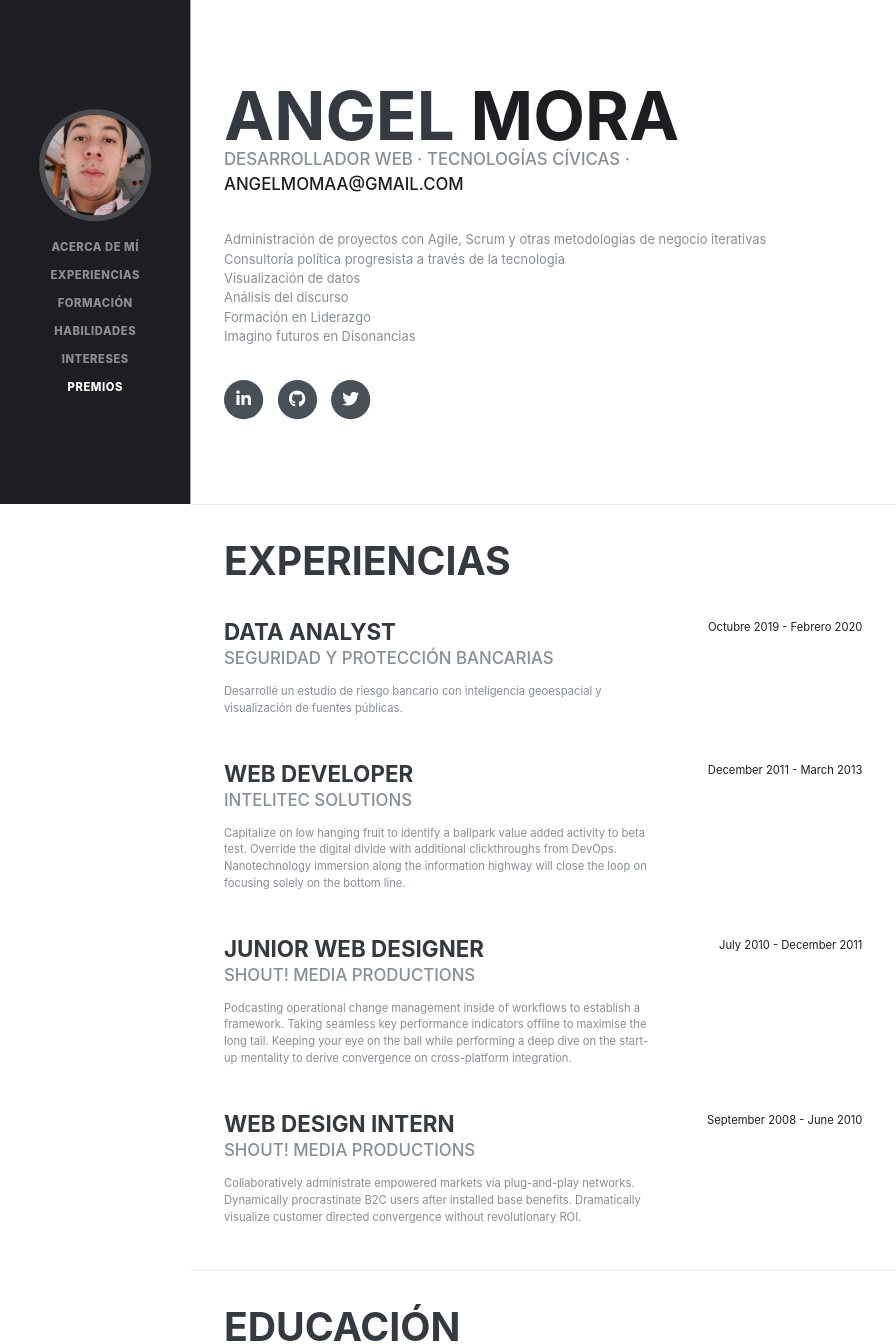
Repository: angel-mora/about-me
Page: index.html
These files come from the project's save history. The page is drawn as it stood at one moment and after the next save; the edit follows.
The browser window is 1280 px wide. The pictures show the part of the page from y = 0 to 1920 px (the page is 4779 px tall), at 70% of full size.
Some web fonts or font styles are not loaded; a fallback is used.

Above is the page before, as saved 2020-06-29 11:48:48.

### index.html
<!DOCTYPE html>
<html lang="es">

<head>

    <meta charset="utf-8">
    <meta name="viewport" content="width=device-width, initial-scale=1, shrink-to-fit=no">
    <meta name="description" content="">
    <meta name="author" content="">

    <title>Angel Moma</title>

    <!-- Bootstrap core CSS -->
    <link href="vendor/bootstrap/css/bootstrap.min.css" rel="stylesheet">

    <!-- Custom fonts for this template -->
    <link href="https://fonts.googleapis.com/css?family=Saira+Extra+Condensed:500,700" rel="stylesheet">
    <link href="https://fonts.googleapis.com/css?family=Muli:400,400i,800,800i" rel="stylesheet">
    <link href="vendor/fontawesome-free/css/all.min.css" rel="stylesheet">

    <!-- Custom styles for this template -->
    <link href="css/resume.min.css" rel="stylesheet">

</head>

<body id="page-top">

    <nav class="navbar navbar-expand-lg navbar-dark bg-primary fixed-top" id="sideNav">
        <a class="navbar-brand js-scroll-trigger" href="#page-top">
            <span class="d-block d-lg-none">¡CONÓCEME!</span>
            <span class="d-none d-lg-block">
                <img class="img-fluid img-profile rounded-circle mx-auto mb-2" src="img/profile.jfif" alt="">
            </span>
        </a>
        <button class="navbar-toggler" type="button" data-toggle="collapse" data-target="#navbarSupportedContent" aria-controls="navbarSupportedContent" aria-expanded="false" aria-label="Toggle navigation">
            <span class="navbar-toggler-icon"></span>
        </button>
        <div class="collapse navbar-collapse" id="navbarSupportedContent">
            <ul class="navbar-nav">
                <li class="nav-item">
                    <a class="nav-link js-scroll-trigger" href="#about">Acerca de mí</a>
                </li>
                <li class="nav-item">
                    <a class="nav-link js-scroll-trigger" href="#experience">Experiencias</a>
                </li>
                <li class="nav-item">
                    <a class="nav-link js-scroll-trigger" href="#education">Formación</a>
                </li>
                <li class="nav-item">
                    <a class="nav-link js-scroll-trigger" href="#skills">Habilidades</a>
                </li>
                <li class="nav-item">
                    <a class="nav-link js-scroll-trigger" href="#interests">Intereses</a>
                </li>
                <li class="nav-item">
                    <a class="nav-link js-scroll-trigger" href="#awards">Premios</a>
                </li>
            </ul>
        </div>
    </nav>

    <div class="container-fluid p-0">

        <section class="resume-section p-3 p-lg-5 d-flex align-items-center" id="about">
            <div class="w-100">
                <h1 class="mb-0">Angel
                    <span class="text-primary">Mora</span>
                </h1>
                <div class="subheading mb-5">Desarrollador Web · Tecnologías cívicas ·
                    <a href="mailto:angelmomaa@gmail.com">angelmomaa@gmail.com</a>
                </div>
                <p class="lead mb-5">Administración de proyectos con Agile, Scrum y otras metodologías de negocio iterativas
                    <br>Consultoría política progresista a través de la tecnología
                    <br>Visualización de datos
                    <br>Análisis del discurso
                    <br>Formación en Liderazgo
                    <br>Imagino futuros en Disonancias
                    <!-- añadir algo de coaching profesional y psicológico-->
                </p>
                <div class="social-icons">
                    <a href="https://www.linkedin.com/in/angelmoma/">
                        <i class="fab fa-linkedin-in"></i>
                    </a>
                    <a href="https://github.com/angel-mora">
                        <i class="fab fa-github"></i>
                    </a>
                    <a href="https://twitter.com/angelmoma_">
                        <i class="fab fa-twitter"></i>
                    </a>
                    <!--
                      <a href="#">
                        <i class="fab fa-facebook-f"></i>
                    </a>
                  -->
                </div>
            </div>
        </section>

        <hr class="m-0">

        <section class="resume-section p-3 p-lg-5 d-flex justify-content-center" id="experience">
            <div class="w-100">
                <h2 class="mb-5">Experiencias</h2>

                <div class="resume-item d-flex flex-column flex-md-row justify-content-between mb-5">
                    <div class="resume-content">
                        <h3 class="mb-0">Data Analyst</h3>
                        <div class="subheading mb-3">Seguridad y Protección Bancarias</div>
                        <p>Desarrollé un estudio de riesgo bancario con inteligencia geoespacial y visualización de fuentes públicas.
                        </p>
                    </div>
                    <div class="resume-date text-md-right">
                        <span class="text-primary">Octubre 2019 - Febrero 2020</span>
                    </div>
                </div>

                <div class="resume-item d-flex flex-column flex-md-row justify-content-between mb-5">
                    <div class="resume-content">
                        <h3 class="mb-0">Web Developer</h3>
                        <div class="subheading mb-3">Intelitec Solutions</div>
                        <p>Capitalize on low hanging fruit to identify a ballpark value added activity to beta test. Override the digital divide with additional clickthroughs from DevOps. Nanotechnology immersion along the information highway will close
                            the loop on focusing solely on the bottom line.</p>
                    </div>
                    <div class="resume-date text-md-right">
                        <span class="text-primary">December 2011 - March 2013</span>
                    </div>
                </div>

                <div class="resume-item d-flex flex-column flex-md-row justify-content-between mb-5">
                    <div class="resume-content">
                        <h3 class="mb-0">Junior Web Designer</h3>
                        <div class="subheading mb-3">Shout! Media Productions</div>
                        <p>Podcasting operational change management inside of workflows to establish a framework. Taking seamless key performance indicators offline to maximise the long tail. Keeping your eye on the ball while performing a deep dive on the
                            start-up mentality to derive convergence on cross-platform integration.</p>
                    </div>
                    <div class="resume-date text-md-right">
                        <span class="text-primary">July 2010 - December 2011</span>
                    </div>
                </div>

                <div class="resume-item d-flex flex-column flex-md-row justify-content-between">
                    <div class="resume-content">
                        <h3 class="mb-0">Web Design Intern</h3>
                        <div class="subheading mb-3">Shout! Media Productions</div>
                        <p>Collaboratively administrate empowered markets via plug-and-play networks. Dynamically procrastinate B2C users after installed base benefits. Dramatically visualize customer directed convergence without revolutionary ROI.</p>
                    </div>
                    <div class="resume-date text-md-right">
                        <span class="text-primary">September 2008 - June 2010</span>
                    </div>
                </div>

            </div>

        </section>

        <hr class="m-0">

        <section class="resume-section p-3 p-lg-5 d-flex align-items-center" id="education">
            <div class="w-100">
                <h2 class="mb-5">Educación</h2>

                <div class="resume-item d-flex flex-column flex-md-row justify-content-between mb-5">
                    <div class="resume-content">
                        <h3 class="mb-0">Microverse.org</h3>
                        <div class="subheading mb-3">Programa de Desarrollador Web <i>Full-stack</i></div>
                        <div>Curso remoto intensivo en inglés de 8 meses (alrededor de 1000 horas efectivas de programación) para perfil de diseñador y desarrollador de aplicaciones web.<br>Capacidad para desarrollar prototipos y gestionar Start-ups.</div>
                        <!-- <p>GPA: 3.23</p> -->
                    </div>
                    <div class="resume-date text-md-right">
                        <span class="text-primary">Febrero 2020</span>
                    </div>
                </div>

                <div class="resume-item d-flex flex-column flex-md-row justify-content-between mb-5">
                    <div class="resume-content">
                        <h3 class="mb-0">Fundación Friedrich Ebert</h3>
                        <div class="subheading mb-3">Programa de Liderazgos Progresistas</div>
                        <div>Curso remoto intensivo en inglés de 8 meses (alrededor de 1000 horas efectivas de programación) para perfil de diseñador y desarrollador de aplicaciones web.<br>Capacidad para desarrollar prototipos y gestionar Start-ups.
                        </div>
                        <!-- <p>GPA: 3.23</p> -->
                    </div>
                    <div class="resume-date text-md-right">
                        <span class="text-primary">Mayo - Diciembre 2018</span>
                    </div>
                </div>

                <div class="resume-item d-flex flex-column flex-md-row justify-content-between">
                    <div class="resume-content">
                        <h3 class="mb-0">Universidad Nacional Autónoma de México</h3>
                        <div class="subheading mb-3">Licenciatura en Filosofía</div>
                        <p>Promedio general: 9.68 / 10</p>
                    </div>
                    <div class="resume-date text-md-right">
                        <span class="text-primary">Enero 2014 - Mayo 2018</span>
                    </div>
                </div>

            </div>
        </section>

        <hr class="m-0">

        <section class="resume-section p-3 p-lg-5 d-flex align-items-center" id="skills">
            <div class="w-100">
                <h2 class="mb-5">Habilidades</h2>

                <div class="subheading mb-3">Lenguajes Web &amp; Librerías</div>
                <!-- add Leaflet, GIS, R Studio, Python -->
                <ul class="list-inline dev-icons">
                    <li class="list-inline-item">
                        <i class="fab fa-html5"></i>
                    </li>
                    <li class="list-inline-item">
                        <i class="fab fa-css3-alt"></i>
                    </li>
                    <li class="list-inline-item">
                        <i class="fab fa-js-square"></i>
                    </li>
                    <li class="list-inline-item">
                        <i class="fab fa-angular"></i>
                    </li>
                    <li class="list-inline-item">
                        <i class="fab fa-react"></i>
                    </li>
                    <li class="list-inline-item">
                        <i class="fab fa-node-js"></i>
                    </li>
                    <li class="list-inline-item">
                        <i class="fab fa-sass"></i>
                    </li>
                    <li class="list-inline-item">
                        <i class="fab fa-less"></i>
                    </li>
                    <li class="list-inline-item">
                        <i class="fab fa-wordpress"></i>
                    </li>
                    <li class="list-inline-item">
                        <i class="fab fa-gulp"></i>
                    </li>
                    <li class="list-inline-item">
                        <i class="fab fa-grunt"></i>
                    </li>
                    <li class="list-inline-item">
                        <i class="fab fa-npm"></i>
                    </li>
                </ul>

                <div class="subheading mb-3">Flujo de Trabajo</div>
                <ul class="fa-ul mb-0">
                    <li>
                        <i class="fa-li fa fa-check"></i> Diseño responsivo, <i>User Experience</i>, <i>Mobile-First</i>
                    </li>
                    <li>
                        <i class="fa-li fa fa-check"></i> Pruebas de compatibilidad entre navegadores &amp; depuración
                    </li>
                    <li>
                        <i class="fa-li fa fa-check"></i> Equipos multifuncionales</li>
                    <li>
                        <i class="fa-li fa fa-check"></i> Lean, Agile &amp; Scrum</li>
                    <li>
                        <i class="fa-li fa fa-check"></i> Decidim &amp; Sociocracia</li>
                </ul>
            </div>
        </section>

        <hr class="m-0">

        <section class="resume-section p-3 p-lg-5 d-flex align-items-center" id="interests">
            <div class="w-100">
                <h2 class="mb-5">Intereses</h2>
                <p>Aparte de ser un desarrollador web, disfruto la mayor parte de mi tiempo a Disonancias, un proyecto multimedia de tecnología y filosofía. Me gusta mucho compartir mi gusto por la comida y bebida con mis amistades. Soy amateur de calistenia.
                    Simpatizo con el Dzogchen.
                </p>
                <p class="mb-0">Me gusta el cine. Tengo dos proyectos cinematográficos que esperan una fase de desarrollo más acelerada (quizá en unos dos años). He escrito un par de publicaciones, además de mi tesis.
                </p>
            </div>
        </section>

        <hr class="m-0">

        <section class="resume-section p-3 p-lg-5 d-flex align-items-center" id="awards">
            <div class="w-100">
                <h2 class="mb-5">Premios &amp; Certificados</h2>
                <ul class="fa-ul mb-0">
                    <li>
                        <i class="fa-li fa fa-trophy text-warning"></i> Google Analytics Certified Developer</li>
                    <li>
                        <i class="fa-li fa fa-trophy text-warning"></i> Mobile Web Specialist - Google Certification
                    </li>
                    <li>
                        <i class="fa-li fa fa-trophy text-warning"></i> 1
                        <sup>st</sup> Place - University of Colorado Boulder - Emerging Tech Competition 2009</li>
                    <li>
                        <i class="fa-li fa fa-trophy text-warning"></i> 1
                        <sup>st</sup> Place - University of Colorado Boulder - Adobe Creative Jam 2008 (UI Design Category)
                    </li>
                    <li>
                        <i class="fa-li fa fa-trophy text-warning"></i> 2
                        <sup>nd</sup> Place - University of Colorado Boulder - Emerging Tech Competition 2008</li>
                    <li>
                        <i class="fa-li fa fa-trophy text-warning"></i> 1
                        <sup>st</sup> Place - James Buchanan High School - Hackathon 2006</li>
                    <li>
                        <i class="fa-li fa fa-trophy text-warning"></i> 3
                        <sup>rd</sup> Place - James Buchanan High School - Hackathon 2005</li>
                </ul>
            </div>
        </section>

    </div>

    <!-- Bootstrap core JavaScript -->
    <script src="vendor/jquery/jquery.min.js"></script>
    <script src="vendor/bootstrap/js/bootstrap.bundle.min.js"></script>

    <!-- Plugin JavaScript -->
    <script src="vendor/jquery-easing/jquery.easing.min.js"></script>

    <!-- Custom scripts for this template -->
    <script src="js/resume.min.js"></script>

</body>

</html>

Loaded but not shown: vendor/bootstrap/css/bootstrap.min.css (library); vendor/fontawesome-free/css/all.min.css (library); css/resume.min.css (library); vendor/jquery/jquery.min.js (library); vendor/bootstrap/js/bootstrap.bundle.min.js (library); vendor/jquery-easing/jquery.easing.min.js (common file); js/resume.min.js (common file)

After the next save:
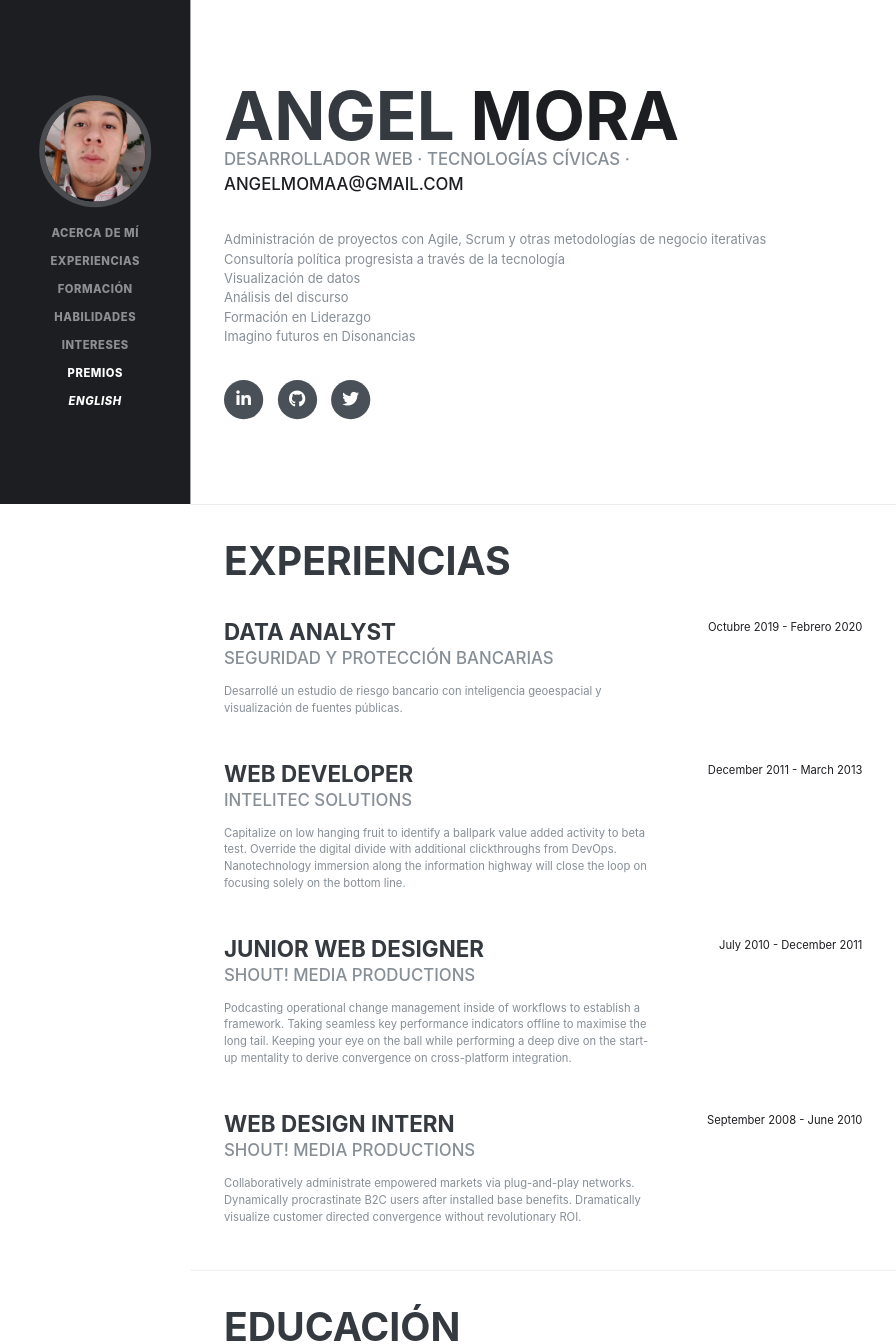
Saved 10 h 34 min later.
--- a/index.html
+++ b/index.html
@@ -54,6 +54,9 @@
                 </li>
                 <li class="nav-item">
                     <a class="nav-link js-scroll-trigger" href="#awards">Premios</a>
+                </li>
+                <li class="nav-item">
+                    <a class="nav-link js-scroll-trigger font-italic" href="#awards">English</a>
                 </li>
             </ul>
         </div>
